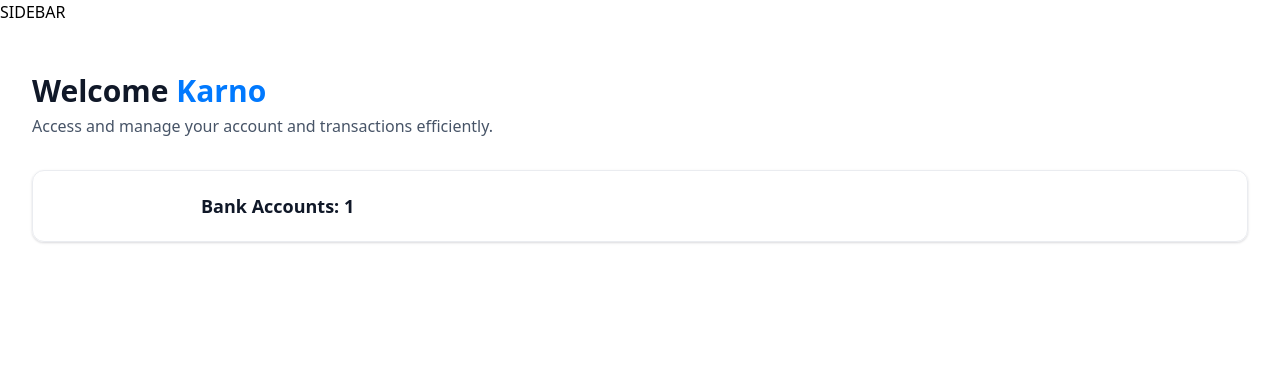
Repository: KarnoSarker/Banking
Page: /
An editor plug-in stored every save of this project. The page is shown before and after the next save, followed by the edit.
The browser window is 1280 px wide. The pictures show the whole page.
The project was rebuilt for these pictures with package versions that can differ from the ones it lists, and the page was loaded fresh each time. The framework's server and built-in components were replaced by stand-ins that run in the browser. Also part of the build but not shown: next.config.mjs.

Above is the page before, as saved 2024-05-14 12:35:08.

After the next save:
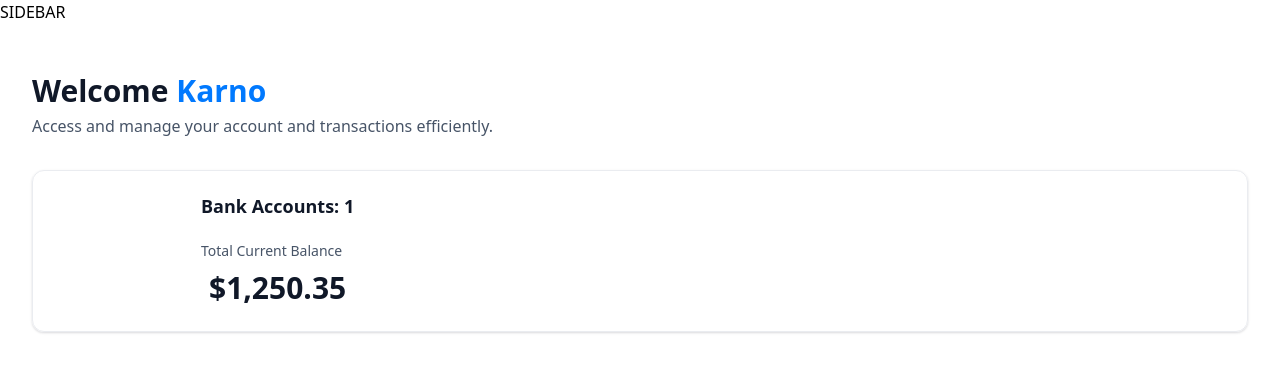
Saved 4 min 0 s later.
--- a/components/TotalBalanceBox.tsx
+++ b/components/TotalBalanceBox.tsx
@@ -1,3 +1,4 @@
+import { formatAmount } from '@/lib/utils';
 import React from 'react';
 
 const TotalBalanceBox = ({
@@ -10,6 +11,12 @@ const TotalBalanceBox = ({
       <div className='total-balance-chart'>{/* Chart */}</div>
       <div className='flex flex-col gap-6'>
         <h2 className='header-2'>Bank Accounts: {totalBanks}</h2>
+        <div className='flex flex-col gap-2'>
+          <p className='total-balance-label'>Total Current Balance</p>
+          <p className='total-balance-amount flex-center gap-2'>
+            {formatAmount(totalCurrentBalance)}
+          </p>
+        </div>
       </div>
     </section>
   );
